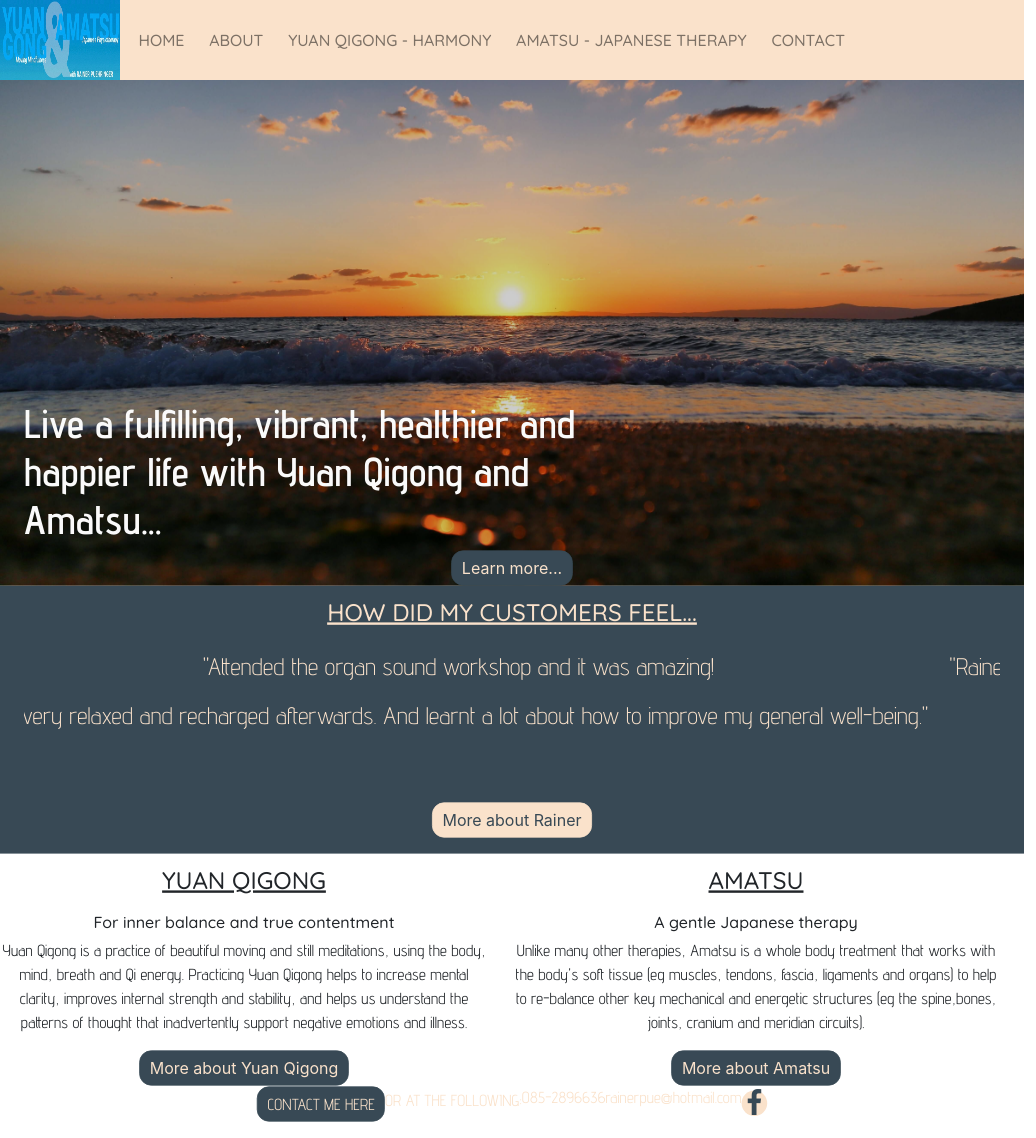
Repository: rainerpue/practitioner_website
Page: index.html
The author's editor kept a record of every edit. The page is drawn from the files as they stood at one moment, then again after the next edit.
The browser window is 1280 px wide. The page is 1295 px wide, so the pictures cover 1295 px, including what lies to the right of the window. The pictures show the whole page, at 80% of full size.
Backgrounds fixed to the window are drawn as part of the page. Some web libraries are served in a nearby version.

Above is the page before.

### index.html
<!DOCTYPE html>
<html lang="en">

<head>
    <meta charset="UTF-8">
    <meta name="viewport" content="width=device-width, initial-scale=1.0">
    <meta http-equiv="X-UA-Compatible" content="ie=edge">
    <meta name="description" content="Home page | Rainer Puehringer, Find your Energy flow">
    <meta name="keywords" content="qigong, amatsu, therapy, energy flow, body balance, harmony, Japanese therapy, yuan gong, ireland">
    <meta name="author" content="Rainer Puehringer">
    <!-- style links -->
    <link rel="stylesheet" href="https://stackpath.bootstrapcdn.com/bootstrap/4.3.1/css/bootstrap.min.css" type="text/css" />
    <link rel="stylesheet" href="https://stackpath.bootstrapcdn.com/font-awesome/4.7.0/css/font-awesome.min.css" type="text/css" />

    <!-- link to my css file comes after to make sure it render over bootstrap style -->
    <link rel="stylesheet" href="assets/css/style.css" type="text/css" />

    <title>Rainer Puehringer, Find your Energy flow with Yuan Qigong and Amatsu</title>

</head>

<body>
    <!-- navbar and logo -->
    <!-- blue background will only show on bigger screens, set to transparent for mobile device -->
    <nav class="navbar navbar-expand-md fixed-top navbar-light bg-coral">
        <!-- logo -->
        <a href="index.html" class="navbar-brand logo">
            <img src="assets/images/logo.jpeg" width="150" height="100" alt="logo">
        </a>
        <!-- button for smaller devices -->
        <button class="navbar-toggler" type="button" data-toggle="collapse" data-target="#burger" aria-controls="burger" aria-expanded="false" aria-label="Toggle navigation">
    <span class="fa fa-bars"></span>
  </button>
        <!-- navigation items which drop down vertically from burger icon in smaller devices -->
        <div class="collapse navbar-collapse" id="burger">
            <ul class="navbar-nav mr-auto text-uppercase">
                <li class="nav-item">
                    <a class="nav-link" href="index.html">Home</a>
                </li>
                <li class="nav-item">
                    <a class="nav-link" href="about.html">About</a>
                </li>
                <li class="nav-item">
                    <a class="nav-link" href="index.html">Yuan Qigong - Harmony</a>
                </li>
                <li class="nav-item">
                    <a class="nav-link" href="index.html">Amatsu - Japanese Therapy</a>
                </li>
                <li class="nav-item">
                    <a class="nav-link" href="index.html">Contact</a>
                </li>
            </ul>
        </div>
    </nav>

    <!-- end navbar -->


    <!-- home image overlay -->
<main>
    <div class="home-image">
        <div class="opaque-overlay">&nbsp;</div>
        <div class="container-fluid">
            <div class="row">
                <div class="col-12">
                    <h1 class="attention">Live a fulfilling, vibrant, healthier and happier life with Yuan Qigong and Amatsu...</h1>
                </div>
            </div>
        </div>
        <div class="container-fluid">
            <div class="row text-center">
                <div class="col-12">
                    <a class="btn btn--gal btn--grey" href="#intro">Learn more...</a>
                </div>
            </div>
        </div>
    </div>

    <!-- testimonials in a carrousel -->
    <section class="bg-grey">
        <div class="row">
            <div class="col text-center">
                <h3 class="text-uppercase">How did my customers feel...</h3>
            </div>
        </div>
        <div id="carouselExampleControls" class=" carousel slide" data-ride="carousel">
            <div class="carousel-inner col-12">
                <div class="carousel-item active" data-interval="40000">
                    <blockquote class="d-block w-100 color-slide">"Attended the organ sound workshop and it was amazing!</blockquote>
                    <blockquote class="d-block w-100 color-slide">Felt very relaxed and recharged afterwards. And learnt a lot about how to improve my general well-being."</blockquote>
                </div>
                <div class="carousel-item" data-interval="40000">
                    <blockquote class="d-block w-100 color-slide">"Rainer has a deep knowledge on the working of the human body and his Amatsu sessions are great at dealing with the route cause of your pains and ailments.</blockquote>
                    <blockquote class="d-block w-100 color-slide">I highly recommend him"</blockquote>
                </div>
                <div class="carousel-item " data-interval="40000 ">
                    <blockquote class="d-block w-100 color-slide">"Had an Amatsu session with Rainer who quickly and reliably identified sources of my posture problems, which caused me trouble for many many years.</blockquote>
                    <blockquote class="d-block w-100 color-slide">A great feeling!"</blockquote>
                </div>
            </div>
        </div>
        <div class="container-fluid">
            <div class="row text-center">
                <div class="col-12">
                    <a class="btn btn--gal btn--coral" href="#">More about Rainer</a>
                </div>
            </div>
        </div>
    </section>

    <!-- brief introduction section -->

    <section class="intro bg-intro" id="intro">
        <div class="row intro">
            <div class="col-12 col-md-6 text-center">
                <h3 class="text-uppercase color-intro">Yuan Qigong</h3>
                <h4 class="color-intro">For inner balance and true contentment</h4>
                <p class="content-intro">Yuan Qigong is a practice of beautiful moving and still meditations, using the body, mind, breath and Qi energy. Practicing Yuan Qigong helps to increase mental clarity, improves internal strength and stability, and helps us understand
                    the patterns of thought that inadvertently support negative emotions and illness.</p>

                <div class="row text-center">
                    <div class="col-12">
                        <a class="btn btn--gal btn--grey" href="#">More about Yuan Qigong</a>
                    </div>
                </div>
            </div>
            <hr class="section-divider">
            <div class="col-12 col-md-6 text-center">
                <h3 class="text-uppercase  color-intro">Amatsu</h3>
                <h4 class="color-intro">A gentle Japanese therapy</h4>
                <p class="content-intro">Unlike many other therapies, Amatsu is a whole body treatment that works with the body's soft tissue (eg muscles, tendons, fascia, ligaments and organs) to help to re-balance other key mechanical and energetic structures (eg the spine,bones,
                    joints, cranium and meridian circuits).</p>
                <div class="row text-center">
                    <div class="col-12">
                        <a class="btn btn--gal btn--grey" href="#">More about Amatsu</a>
                    </div>
                </div>
            </div>
        </div>
    </section>
</main>
    <!-- footer -->

    <footer>
        <div class="container-fluid footer">
            <div class="row footer-row">
                <div class="col-12 footer-contact">
                    <a class="btn btn--gal btn--grey text-uppercase" href="#">Contact Me Here</a>
                    <h5 class="text-uppercase">or at the following:</h5>
                    <p>085-2896636</p>
                    <p>rainerpue@hotmail.com</p>
                    <a class="socialmedia" href="https://www.facebook.com/YuanGongandAmatsuwithRainer/" target="_blank">
                    <i class="fa fa-facebook"></i>
                    <span class="sr-only">Facebook</span>
                    </a>
                </div>
            </div>
        </div>
    </footer>

    <script src="https://code.jquery.com/jquery-3.2.1.slim.min.js " integrity="sha384-KJ3o2DKtIkvYIK3UENzmM7KCkRr/rE9/Qpg6aAZGJwFDMVNA/GpGFF93hXpG5KkN " crossorigin="anonymous "></script>
    <script src="https://cdnjs.cloudflare.com/ajax/libs/popper.js/1.12.9/umd/popper.min.js " integrity="sha384-ApNbgh9B+Y1QKtv3Rn7W3mgPxhU9K/ScQsAP7hUibX39j7fakFPskvXusvfa0b4Q " crossorigin="anonymous "></script>
    <script src="https://maxcdn.bootstrapcdn.com/bootstrap/4.0.0/js/bootstrap.min.js " integrity="sha384-JZR6Spejh4U02d8jOt6vLEHfe/JQGiRRSQQxSfFWpi1MquVdAyjUar5+76PVCmYl " crossorigin="anonymous "></script>
</body>

</html>

### assets/css/style.css
@import url('https://fonts.googleapis.com/css?family=Advent+Pro:100,200,300,400,500,600,700|Quicksand:300,400,500,700|Poppins:100,200,300,400,500,600,700,800');

body {}

/*-----------------------------------------Colour */

.nav-coral {
    background-color: transparent;
}

.bg-grey {
    background-color: #384955;
    color: #FAE2CB;
    padding-bottom: 20px;
}

.bg-coral {
    background-color: #FAE2CB;
    color: #384955;
    padding-bottom: 20px;
}

/*-----------------------------------------Images */

.about-img {
    background: url(../images/about-image.jpg);
}

.qigong-img {
    background: url(../images/lotus.jpg);
}

.banner-image {
    min-height: 30vh;
    -webkit-background-size: 100% 100%;
    -moz-background-size: 100% 100%;
    -o-background-size: 100% 100%;
    background-size: 100% 100%;
    width: 100vw;
    background-repeat: no-repeat;
    position: relative;
}

.sm-img {
    max-height: 400px;
    max-width: 400px;
}


/*-----------------------------------------Special paddings/margins/texts */

.container-fluid {
    margin: 0;
}

.text-uppercase {
    text-transform: uppercase;
}

.text-center {
    text-align: center;
    margin: 0;
}

.text-justify {
    text-align: justify;
    text-justify: inter-word;
}

main {
    margin: 0;
    padding: 0;
}

h3 {
    padding: 15px 0 15px;
    font-family: "Quicksand", sans-serif;
    font-weight: 500;
    font-size: 30px;
    text-decoration: underline;
}

h4 {
    font-family: "Quicksand", sans-serif;
    font-weight: 500;
    font-size: 20px;
}

a {
    text-decoration: none;
    cursor: pointer;
}

/*-----------------------------------------buttons */

.btn:hover {
    color: #fafafa;
    text-decoration: none;
}

.btn--gal {
    margin-bottom: 0;
    margin-top: 0;
    border-radius: 15px;
    font-size: 20px;
    text-decoration: none;
    cursor: pointer;
}

.btn--grey {
    background-color: #384955;
    border-color: #384955;
    color: #FAE2CB;
}

.btn--grey:hover {
    color: #FF8863;
}

.btn--coral {
    background-color: #FAE2CB;
    border-color: #FAE2CB;
    color: #384955;
}

.btn--coral:hover {
    color: #87B0CD;
}

.btn--footer {
    color: #FAE2CB;
}

/*-----------------------------------------section divider */

.section-divider-short {
    width: 75px;
    height: 5px;
    border: 0;
    background-color: #384955;
}

.section-divider-long {
    width: 100%;
    height: 10px;
    border: 0;
    background-color: #384955;
    margin: 0;
}

/*-----------------------------------------logo */

.logo {
    display: inline-block;
    padding: 0;
    margin: 0;
    line-height: inherit;
    white-space: nowrap;
    background-position: center;
    background-repeat: no-repeat;
    -o-transition: all .5s ease-in-out;
    transition: all .5s ease-in-out;
    -moz-transition: all .5s ease-in-out;
    -webkit-transition: all .5s ease-in-out;
}

/*-----------------------------------------burger icon */

.fa-bars {
    font-size: 30px;
    padding: 5px;
}

.navbar-light .navbar-toggler {
    border-color: rgba(0, 0, 0, .3);
    margin-right: 15px;
}

/*-----------------------------------------nav */

.navbar {
    padding: 0;
    text-align: center;
    overflow: auto;
}

.navbar-collapse {
    background-color: #FAE2CB
}

.nav-item {
    padding-left: 15px;
}

.nav-item a {
    color: #384955;
    font-family: "Quicksand", sans-serif;
    font-weight: 500;
    font-size: 20px;
    -webkit-transition: background-color .2s ease-in-out, color .2s ease-in-out;
    -o-transition: background-color .2s ease-in-out, color .2s ease-in-out;
    transition: background-color .2s ease-in-out, color .2s ease-in-out;
}

.nav-item a:hover {
    color: #FAE2CB!important;
    background-color: #384955;
}

/*-----------------------------------------full background image with attention */

.home-image {
    min-height: 95vh;
    -webkit-box-align: center;
    -ms-flex-align: center;
    align-items: center;
    position: relative;
    background: url(../images/home-image.jpg) no-repeat center center fixed;
    background-size: cover;
    padding-top: 100px;
}

.opaque-overlay {
    position: absolute;
    top: 0;
    left: 0;
    height: 100%;
    width: 100%;
    background: rgba(0, 0, 0, 0.2);
}

.attention {
    width: 80%;
    color: #fafafa;
    font-family: "Advent Pro", sans-serif;
    font-size: 40px;
    font-weight: 600;
    padding-left: 15px;
    padding-top: 200px;
}

/*-----------------------------------------testimonials in carrousel */

.slide {
    position: relative;
    display: -webkit-box;
    display: -ms-flexbox;
    display: flex;
    -webkit-box-align: center;
    -ms-flex-align: center;
    align-items: center;
    min-height: 30vh;
    text-align: center;
    padding: 5px 30px;
    margin-bottom: 20px
}

blockquote {
    width: 80px;
    font-family: "Advent Pro", sans-serif;
    font-weight: 300;
    font-size: 30px;
}

/*-----------------------------------------home intro section */

.intro {
    width: 100%;
    padding: 0;
    min-height: 20vh;
}

.content-intro {
    font-family: "Advent Pro", sans-serif;
    font-size: 20px;
    font-weight: 400;
    margin-bottom: 20px;
}

/*-----------------------------------------footer */

.footer-row {
    padding: 0 15px;
    text-align: center;
    margin-bottom: 20px;
}

.footer-contact {
    font-family: "Advent Pro", sans-serif;
    text-align: center;
    -webkit-box-align: center;
    -ms-flex-align: center;
    align-items: center;
    -webkit-box-pack: center;
    -ms-flex-pack: center;
    justify-content: center;
    color: #FAE2CB;
    padding: 0;
    margin: 0;
}

.footer-contact p {
    font-weight: 400;
    font-size: 20px;

}

.footer-contact h5 {
    font-weight: 400;
    font-size: 20px;
}

.socialmedia i {
    width: 32px;
    height: 32px;
    padding: 12px 0;
    border-radius: 50%;
    font-size: 35px;
    line-height: 7px;
    text-align: center;
    color: #384955;
    background: #FAE2CB;
    transition: all 0.35s ease-in-out;
    -moz-transition: all 0.35s ease-in-out;
    -webkit-transition: all 0.35s ease-in-out;
    -o-transition: all 0.35s ease-in-out;
}

.social-links i:hover {
    background: #e84610;
}

/*-----------------------------------------main content for each page */

.main-content {
    position: relative;
    padding-top: 5px;
    padding-bottom: 5px;
    padding-right: 30px;
    line-height: 200%;
    font-family: "Advent Pro", sans-serif;
    font-size: 20px;
    font-weight: 400;
}

.section-column {
    display: table-cell;
    padding: 0 30px 30px;
    float: none;
}

.intro-section {
    padding-top: 10px;
    padding-bottom: 20px;
}

.section-details {
    min-height: 25vh;
    -webkit-box-align: center;
    -ms-flex-align: center;
    align-items: center!important;
    margin-bottom: 15px;
}



/*-----------------------------------------links to other websites on about page */

.links {
    color: #FAE2CB;
    font-weight: 700;
}

.links:hover {
    color: #FF8863;
}

/*-----------------------------------------timeline */

.timeline {
    margin: 0;
}

.history-items {
    padding-left: 30px;
    padding-bottom: 15px;
}

.timeline-item {
    padding: 4em 2em 0em 2em;
    position: relative;
    color: #384955;
    border-left: 1px solid;
    font-family: "Advent Pro", sans-serif;
}

.timeline-item p {
    padding: 0;
    margin: 0;
}

.timeline-item:before {
    content: attr(data-dates);
    position: absolute;
    left: 2.5em;
    top: 3em;
    display: block;
    font-family: "Advent Pro", sans-serif;
    font-weight: 500;
    font-size: 0.8em;
    padding: 0;
    margin: 0;
}

.timeline-item:after {
    width: 12px;
    height: 12px;
    display: block;
    position: absolute;
    top: 2.4em;
    left: -6px;
    border-radius: 12px;
    content: "";
    background-color: #384955;
}



/*-----------------------------------------qualifications */

.list-row {
    padding: 30px 0 30px;
    line-height: 200%;
}

.list-row i {
    font-size: 40px;
}

/*-----------------------------------------Qigong page */

.qigong-p {
    padding: 15px;
}

.list-section {
    padding-left: 30px;
    padding-bottom: 15px;
    margin-bottom: 10px;
    border: 10px solid;
}

.quote {
    font-family: "Quicksand", sans-serif;
    font-weight: 100;
    font-size: 30px;
}

.quote i {
    padding: 5px;
    font-weight: 700;
}

#video {
    min-height: 50vh;
}

/*-----------------------------------------media queries */

/*-----------------------------------------media query to add navbar color background color on bigger screens */

@media (min-width: 768px) {
    .nav-coral {
        background-color: #FAE2CB;
    }
}

@media (min-width: 768px) {
    .attention {
        padding-top: 400px;
        width: 60%;
        font-size: 50px;
    }
}

@media (min-width: 768px) {
    .slide {
        min-height: 20vh;
    }
}

@media (min-width: 768px) {
    .section-divider-short {
        width: 0px;
        height: 0px;
        border: 0;
    }
}

@media (min-width: 768px) {
    .footer-contact {
        display: -webkit-box;
        display: -ms-flexbox;
        display: flex;
    }
}

@media (min-width: 768px) {
    .footer-contact h5 p a {
        padding-left: 15px;
    }
}

@media (min-width: 768px) {
    .history-items {
        border: 10px solid;
        border-bottom: none;
    }
}

@media (min-width: 768px) {
    .section-column {
        padding: 0 50px 0;
    }
}

After the next edit:
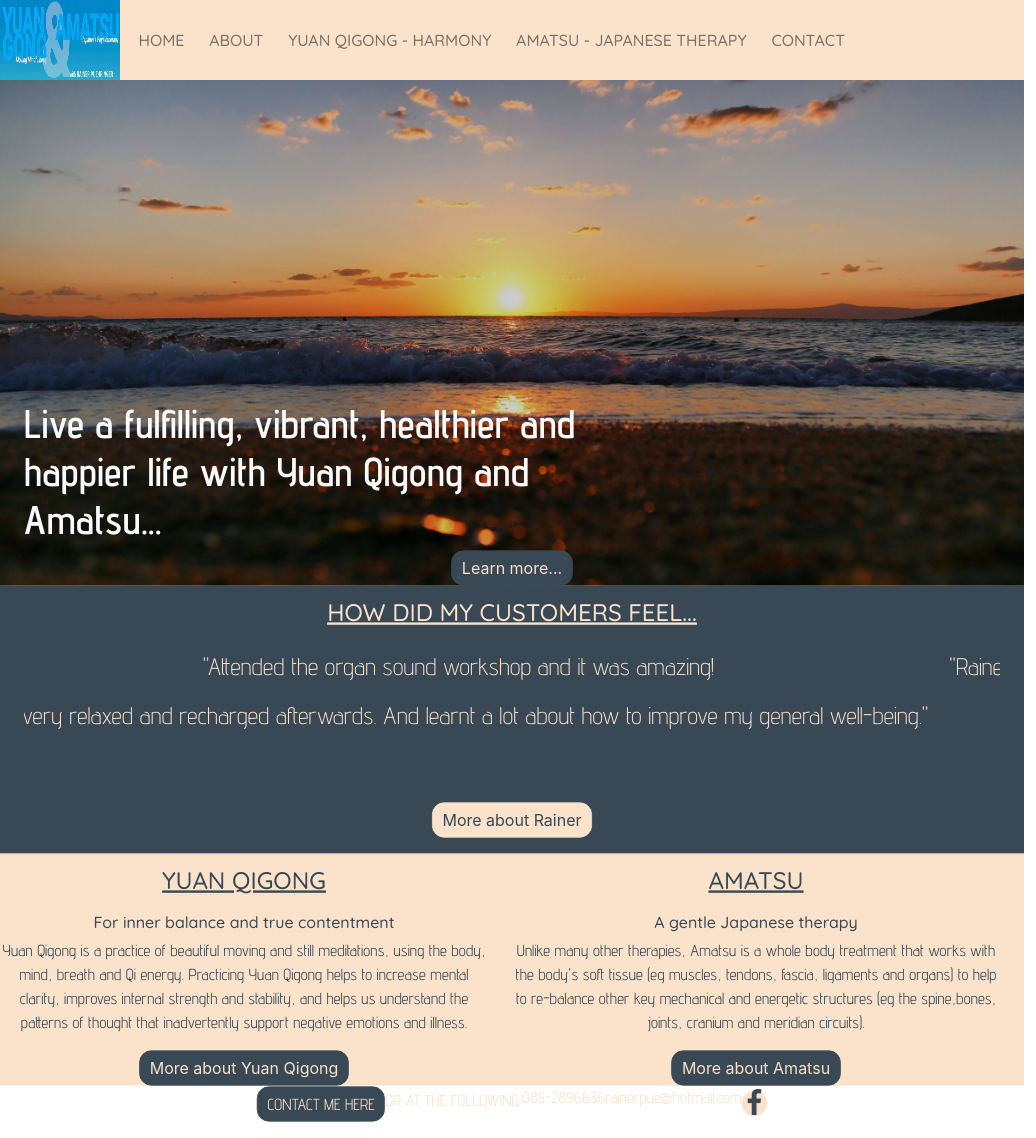
The edit:
--- a/index.html
+++ b/index.html
@@ -110,7 +110,7 @@
 
     <!-- brief introduction section -->
 
-    <section class="intro bg-intro" id="intro">
+    <section class="intro bg-coral" id="intro">
         <div class="row intro">
             <div class="col-12 col-md-6 text-center">
                 <h3 class="text-uppercase color-intro">Yuan Qigong</h3>
